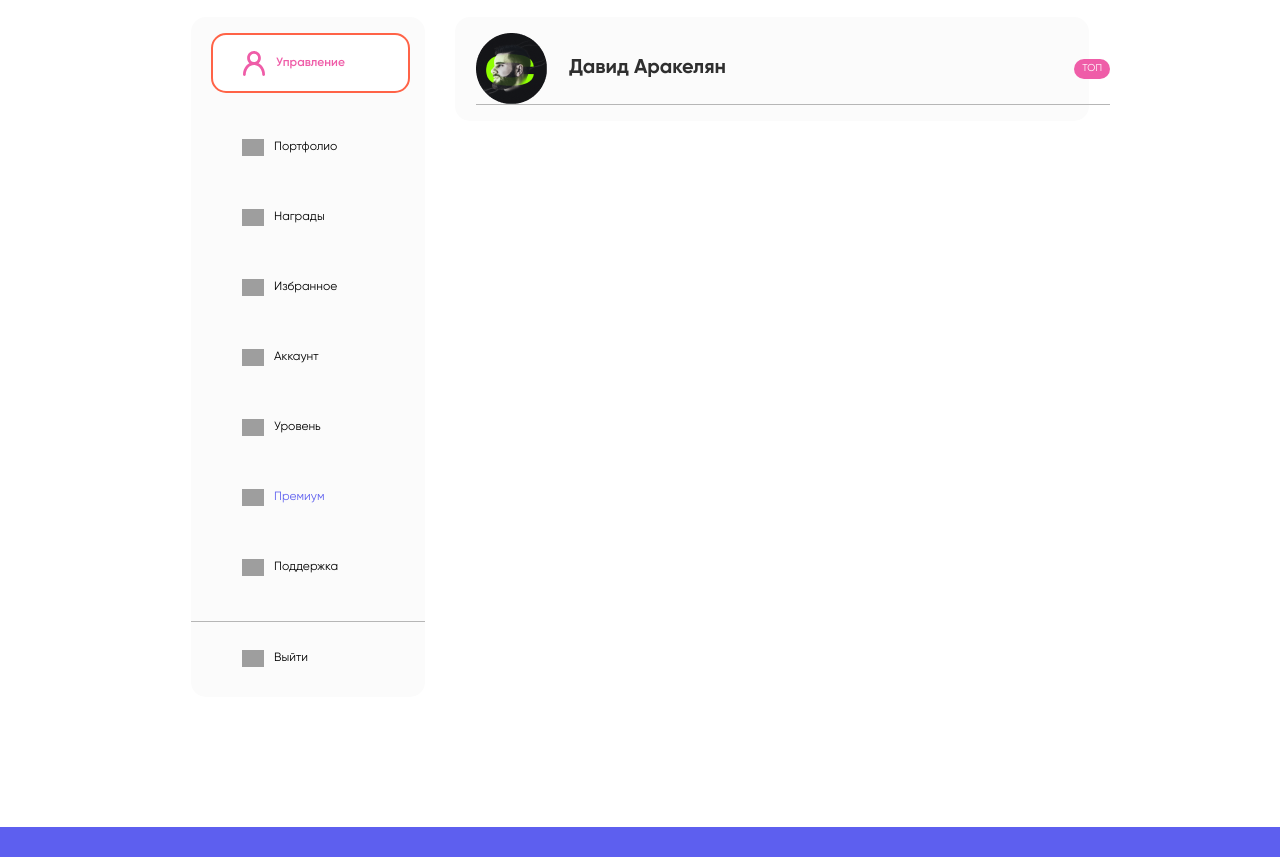
Repository: alexboagreek/selfmade
Page: index.html
These files come from the project's save history. The page is drawn as it stood at one moment and after the next save; the edit follows.
The browser window is 1280 px wide. The pictures show the part of the page from y = 353 to 1210 px (the page is 1719 px tall).
Pictures or frames that could not be fetched are drawn as grey boxes. A picture or video elsewhere on the page could not be fetched, so the positions and the page height are approximate.

Above is the page before, as saved 2022-12-13 12:39:14.

### index.html
<!DOCTYPE html>
<html lang="ru">
<head>
    <meta charset="UTF-8">
    <meta http-equiv="X-UA-Compatible" content="IE=edge">
    <meta name="viewport" content="width=device-width, initial-scale=1.0">
    <link rel="stylesheet" href="css/style.css">
    <link rel="icon" type="image/png" sizes="64x64" href="assets/icons/favicon.png">
    <link rel="icon" type="image/png" sizes="48x48" href="assets/icons/favicon_48.png">
    <title>Selfmade</title>
</head>
<body>
    <header class="header">
        <div class="header__container">
            <h1 class="visually-hidden">Selfmade...</h1>
            <div class="header__box">
                <div class="header__logo">
                    <a href="/"><img src="./assets/icons/header_logo.svg" alt="Логотип Selfmade"></a>
                </div>
                <div class="header__login">
                    <div class="header__alarm">
                        <img class="header__alarm_icon" src="assets/icons/bell.svg" alt="authorization bell">
                    </div>
                    <p class="user__name">Аракелян Д.</p>
                    <div class="user__login">
                        <img src="assets/icons/user_icon.svg" alt="user icon">
                    </div>
                </div>

            </div>

        </div>
    </header>

    <main class="main main__container">
        <div class="sidebar">
            <ul class="menu__list">
                <li class="menu__list_item menu__list_item_fix">
                    <button class="menu__list_button menu__button_control control__text">Управление</button>
                </li>
                <li class="menu__list_item list_item_fix">
                    <button class="menu__list_button menu__button_portfolio">Портфолио</button>
                </li>
                <li class="menu__list_item list_item_fix">
                    <button class="menu__list_button menu__button_star">Награды</button>
                </li>
                <li class="menu__list_item list_item_fix">
                    <button class="menu__list_button menu__button_like">Избранное</button>
                </li>
                <li class="menu__list_item list_item_fix">
                    <button class="menu__list_button menu__button_settings">Аккаунт</button>
                </li>
                <li class="menu__list_item list_item_fix">
                    <button class="menu__list_button menu__button_level">Уровень</button>
                </li>
                <li class="menu__list_item list_item_fix">
                    <button class="menu__list_button menu__button_premium menu__button_active">Премиум</button>
                </li>
                <li class="menu__list_item item__border list_item_fix">
                    <button class="menu__list_button menu__button_helper">Поддержка</button>
                </li>
                <li class="menu__list_item list_item_fix menu__line">
                    <button class="menu__list_button menu__button_exit">Выйти</button>
                </li>
            </ul>
        </div>
        <div class="content">
            <section class="interface">
                <div class="interface__box">
                    <div class="interface__box_header interface__line">
                        <div class="user__info">
                            <img src="assets/img/interface.png" alt="Логотип интерфейса юзера | user interface logo" class="interface__img">
                            <p class="interface__text">Давид Аракелян</p>
                        </div>
                        <div class="interface__rating">Топ</div>
                    </div>
                </div>
            </section>
        </div>
    </main>

  <footer class="footer">
    <div class="footer__container">
        <div class="footer__box">
            <img src="./assets/icons/footer_logo.svg" alt="Логотип Selfmade">
            <div class="footer__social">
                <ul class="footer__social_list">
                    <li class="footer__social_list_item">
                        <svg width="15" height="14" viewbox="0 0 15 14" fill="none" xmlns="http://www.w3.org/2000/svg">
                            <path d="M0.911243 6.87875L4.18677 8.10128L5.45459 12.1786C5.53572 12.4397 5.85504 12.5363 6.067 12.363L7.89283 10.8745C8.08421 10.7186 8.35682 10.7108 8.55683 10.856L11.85 13.2469C12.0767 13.4117 12.3979 13.2875 12.4548 13.0135L14.8672 1.40935C14.9293 1.11007 14.6352 0.860402 14.3502 0.970619L0.907405 6.15646C0.575664 6.2844 0.578554 6.75408 0.911243 6.87875ZM5.25027 7.4505L11.6519 3.50775C11.7669 3.43709 11.8853 3.59266 11.7865 3.6843L6.50332 8.59526C6.31761 8.76813 6.19783 8.99946 6.1639 9.25055L5.98393 10.5842C5.9601 10.7623 5.70995 10.78 5.66081 10.6077L4.96866 8.17563C4.88939 7.89823 5.00491 7.60194 5.25027 7.4505Z" fill="#5D5FEF"/>
                        </svg>
                    </li>
                    <li class="footer__social_list_item">
                        <svg width="15" height="15" viewbox="0 0 15 15" fill="none" xmlns="http://www.w3.org/2000/svg">
                            <path fill-rule="evenodd" clip-rule="evenodd" d="M4.90509 0.6828C2.54568 0.6828 0.632996 2.59548 0.632996 4.9549V10.295C0.632996 12.6544 2.54568 14.5671 4.90509 14.5671H10.2452C12.6046 14.5671 14.5173 12.6544 14.5173 10.295V4.9549C14.5173 2.59548 12.6046 0.6828 10.2452 0.6828H4.90509ZM7.57515 3.88687C5.51067 3.88687 3.83707 5.56047 3.83707 7.62496C3.83707 9.68944 5.51067 11.363 7.57515 11.363C9.63964 11.363 11.3132 9.68944 11.3132 7.62496C11.3132 5.56047 9.63964 3.88687 7.57515 3.88687ZM11.5421 4.64975C12.0898 4.64975 12.5338 4.20573 12.5338 3.65801C12.5338 3.11029 12.0898 2.66627 11.5421 2.66627C10.9944 2.66627 10.5504 3.11029 10.5504 3.65801C10.5504 4.20573 10.9944 4.64975 11.5421 4.64975Z" fill="#5D5FEF"/>
                        </svg>
                    </li>
                    <li class="footer__social_list_item">
                        <svg width="16" height="9" viewbox="0 0 16 9" fill="none" xmlns="http://www.w3.org/2000/svg">
                            <path d="M12.9479 4.91454C12.7006 4.61918 12.7714 4.48778 12.9479 4.22376C12.9511 4.22075 14.9925 1.55289 15.2028 0.648132L15.2041 0.647529C15.3086 0.317814 15.2041 0.0755005 14.6987 0.0755005H13.0263C12.6006 0.0755005 12.4043 0.283456 12.2991 0.516125C12.2991 0.516125 11.4477 2.44378 10.2431 3.69332C9.85434 4.05438 9.67462 4.17012 9.46239 4.17012C9.35787 4.17012 9.19535 4.05438 9.19535 3.72467V0.647529C9.19535 0.252112 9.07617 0.0755005 8.72373 0.0755005H6.09412C5.82709 0.0755005 5.66839 0.259948 5.66839 0.431737C5.66839 0.80666 6.27066 0.892856 6.33312 1.9477V4.23642C6.33312 4.73792 6.23689 4.83015 6.02338 4.83015C5.45489 4.83015 4.07508 2.89465 3.25739 0.679476C3.09232 0.249701 2.93108 0.0761032 2.50216 0.0761032H0.829178C0.351821 0.0761032 0.255585 0.284059 0.255585 0.516728C0.255585 0.927817 0.824079 2.97181 2.89921 5.67222C4.28221 7.51549 6.22988 8.51428 8.00164 8.51428C9.06661 8.51428 9.19663 8.29246 9.19663 7.91091C9.19663 6.14961 9.10039 5.98325 9.63383 5.98325C9.88111 5.98325 10.3068 6.09898 11.3011 6.98806C12.4374 8.04231 12.6242 8.51428 13.2602 8.51428H14.9326C15.4093 8.51428 15.6508 8.29246 15.5119 7.85485C15.1939 6.93442 13.0448 5.04112 12.9479 4.91454V4.91454Z" fill="#5D5FEF"/>
                        </svg>
                    </li>
                    <li class="footer__social_list_item">
                        <svg width="7" height="14" viewbox="0 0 7 14" fill="none" xmlns="http://www.w3.org/2000/svg">
                            <path d="M5.1126 2.93661H6.8285V0.446777H4.81141V0.455757C2.36736 0.540786 1.86645 1.89031 1.8223 3.30771H1.81727V4.55101H0.153015V6.9893H1.81727V13.5253H4.3254V6.9893H6.37996L6.77685 4.55101H4.32622V3.79984C4.32622 3.32082 4.65072 2.93661 5.1126 2.93661Z" fill="#5D5FEF"/>
                        </svg>
                    </li>
                </ul>
            </div>
        </div>
        <div class="footer__services">
            <ul class="services__list">
                <li class="services__list_item">Как работает сервис?</li>
                <li class="services__list_item">Советы от SELFMADE</li>
                <li class="services__list_item">Пользовательское соглашение</li>
                <li class="services__list_item">Почему SELFMADE</li>
                <li class="services__list_item">Помощь и поддержка</li>
            </ul>
        </div>
    </div>
    <div class="footer__copyright">
        <ul class="footer__copyright_list">
            <li class="footer__copyright_list_item footer__copy_text">© SELFMADE.TEAM 2022</li>
            <li class="footer__copyright_list_item footer__copy_text-info">ИНН 431207720494 / ОГРНИП 320508100324371</li>
            <li class="footer__copyright_list_item">
                <a class="footer__copyright_link" href="#">Политика конфиденциальности</a>
            </li>
        </ul>
    </div>

  </footer>
</body>
</html>

### css/style.css
@import 'normalize.css';
@import 'fonts.css';
@import 'default.css';
@import 'header.css';
@import 'sidebar.css';
@import 'interface.css';
@import 'footer.css';

### css/fonts.css
@font-face {
    font-family: Gilroy;
    src: url(../assets/fonts/Gilroy-Regular.woff2) format('woff2'),
    url(../assets/fonts/Gilroy-Regular.woff) format('woff');
    font-weight: 400;
}

@font-face {
    font-family: Gilroy;
    src: url(../assets/fonts/Gilroy-Semibold.woff2) format('woff2'),
    url(../assets/fonts/Gilroy-Semibold.woff) format('woff');
    font-weight: 500;
}

@font-face {
    font-family: Gilroy;
    src: url(../assets/fonts/Gilroy-Bold.woff2) format('woff2'),
    url(../assets/fonts/Gilroy-Bold.woff) format('woff');
    font-weight: 600;
}

### css/default.css
:root {
    --color-control-text:#EF5DA8;
    --color-menu: #F0F0F0;
    --color-menu-active: #5D5FEF;
    --color-alarm: #EF5DA8;
    --color-main: #FBFBFB;
    --footer-color-main: #5D5FEF;
    --footer-color-copyright: #5556D3;
    --footer-social-color: #FFFFFF;
    --footer-copyright-link: #B6B6B6;
}

html {
  overflow-x: hidden;
  position: relative;
  box-sizing: border-box;
}

*,
*::before,
*::after {
  box-sizing: inherit;
}

body {
  display: flex;
  flex-direction: column;
  min-width: 320px;
  height: 100%;
  font-family: Gilroy, sans-serif;
  background-color: #FFFFFF;
  font-size: 16px;
  overflow-x: hidden;
  position: relative;
}

img,
svg {
  max-width: 100%;
  max-height: 100%;
  height: auto;
}

button {
  padding: 0;
  cursor: pointer;
  border: none;
  background-color: transparent;
}

a {
  text-decoration: none;
  color: inherit;
}

ul {
  list-style: none;
  padding: 0;
  margin: 0;
}

h1,
h2,
h3,
p,
figure,
fieldset {
  margin: 0;
}

iframe {
  border: none;
}

fieldset {
  padding: 0;
  border: 0;
}

.visually-hidden {
  position: fixed;
  transform: scale(0);
}

.container {
    max-width: 1400px;
    padding: 0 100px;
    margin: 0 auto;
}

### css/header.css
.header {
    padding-top: 28px;
    padding-bottom: 37px;
    flex: 0 0 auto;
    background-color: #FFFFFF;
}

.header__box {
    display: flex;
    justify-content: space-between;
    align-items: center;
}

.header__container {
    max-width: 1500px;
    margin: 0 auto;
    padding: 0 100px;
}

.header__alarm {
    position: relative;
    margin-right: 11px;
}

.header__alarm::after {
    position: absolute;
    top: 0;
    content: '';
    width: 5px;
    height: 5px;
    background-color: var(--color-alarm);
    border-radius: 50%;
}
.user__name {
    margin-right: 6px;
}

.header__login {
    display: flex;
    align-items: center;
}

.user__login {
    cursor: pointer;
}

.services__list_item {
    cursor: pointer;
}

### css/sidebar.css
.main {
    display: flex;
}

.main__container {
    max-width: 1200px;
    margin: 0 auto;
}

.sidebar {
    display: flex;
    justify-content: center;
    width: 234px;
    border-radius: 15px;
    background-color: var(--color-main);
    margin-bottom: 130px;
    margin-right: 30px;
}

.menu__list_button {
    font-size: 12px;
    line-height: 16px;
    padding: 7px 8px 7px 40px;
    background-size: 22px;
    background-position: 8px center;
    background-repeat: no-repeat;
    border-radius: 50px;
    border: 1px solid transparent;
    white-space: nowrap;
    outline: none;
    margin-bottom: 38px;
}

.menu__list_item_fix {
    display: flex;
    padding-left: 20px;
    align-items: flex-start;
}

.menu__button_active {
    color: var(--color-menu-active);
}

.menu__button_control {
    width: 199px;
    margin-top: 16px;
    border-radius: 15px;
    border: 2px solid tomato;
    padding: 20px;
    background-color: #FFFFFF;
    background-image: url('../assets/icons/user__icon.svg');
    background-position: calc(30px);
}

.control__text {
    font-weight: 500;
    color: var(--color-control-text);
}

.menu__button_portfolio {
    background-image: url('../assets/icons/portfolio_icon.svg');
}
.menu__button_star {
    background-image: url('../assets/icons/star_icon.svg');
}

.menu__button_like {
    background-image: url('../assets/icons/like_icon.svg');
}
.menu__button_settings {
    background-image: url('../assets/icons/settings_icon.svg');
}
.menu__button_level {
    background-image: url('../assets/icons/level_icon.svg');
}
.menu__button_premium {
    background-image: url('../assets/icons/premium_icon.svg');
}

.menu__button_helper {
    background-image: url('../assets/icons/helper_icon.svg');
}

.menu__line {
    width: 234px;
    border-top: 1px solid var(--footer-copyright-link);
}
.menu__button_exit {
    background-image: url('../assets/icons/exit_icon.svg');
    margin-top: 20px;
    margin-bottom: 23px;
}

.list_item_fix {
    padding-left: 42px;
}

### css/interface.css
.interface__box {
    border-radius: 15px;
    padding: 16px 21px;
    width: 634px;
    background-color: var(--color-main);
}
.interface__box_header {
    display: flex;
    justify-content: space-between;
    align-items: center;
    border-bottom: 1px solid tomato;
}
.user__info {
    display: flex;
    align-items: center;
}

.interface__text {
    font-weight: 700;
    font-size: 20px;
    margin-left: 22px;
    line-height: 1.06;
    color: #2F2F2F;
}

.interface__rating {
    padding: 4px 8px;
    border-radius: 47px;
    color: #FFFFFF;
    background-color: var( --color-control-text);
    font-size: 10px;
    text-transform: uppercase;
}

.interface__line {
    width: 634px;
    border-bottom: 1px solid var(--footer-copyright-link);
}

### css/footer.css
.footer {
    flex: 0 0 auto;
}

.footer__container {
    padding: 50px 140px 0px 140px;
    background-color: var(--footer-color-main);
}

.footer__box {
    display: flex;
    justify-content: space-between;
    background-color: var(--footer-color-main);
    margin-bottom: 50px;
}

.footer__social_list_item {
    display: flex;
    align-items: center;
    justify-content: center;
    width: 29px;
    height: 29px;
    background-color: var(--footer-social-color);
    border-radius: 50%;
    margin-right: 19px;
    cursor: pointer;
}

.footer__social_list_item:last-child {
    margin-right: 0;
}

.footer__social_list {
    display: flex;
}

.footer__services {
    padding-bottom: 41px;
}

.services__list {
    display: flex;
    justify-content: space-between;
}
.services__list_item {
    font-size: 16px;
    font-weight: 500;
    color: var(--footer-social-color);
}

.footer__copyright {
    padding: 30px 140px;
    border-top: 1px solid #FFFFFF;
    background-color: var(--footer-color-copyright);
}

.footer__copyright_list {
    display: flex;
    justify-content: space-between;
}

.footer__copy_text {
    font-weight: 500;
    line-height: 16px;
    color: var(--footer-social-color);
}

.footer__copy_text-info {
    font-weight: 400;
    color: var(--footer-social-color);
}
.footer__copyright_link {
    color: var(--footer-copyright-link);
}

Loaded but not shown: css/normalize.css (library)

After the next save:
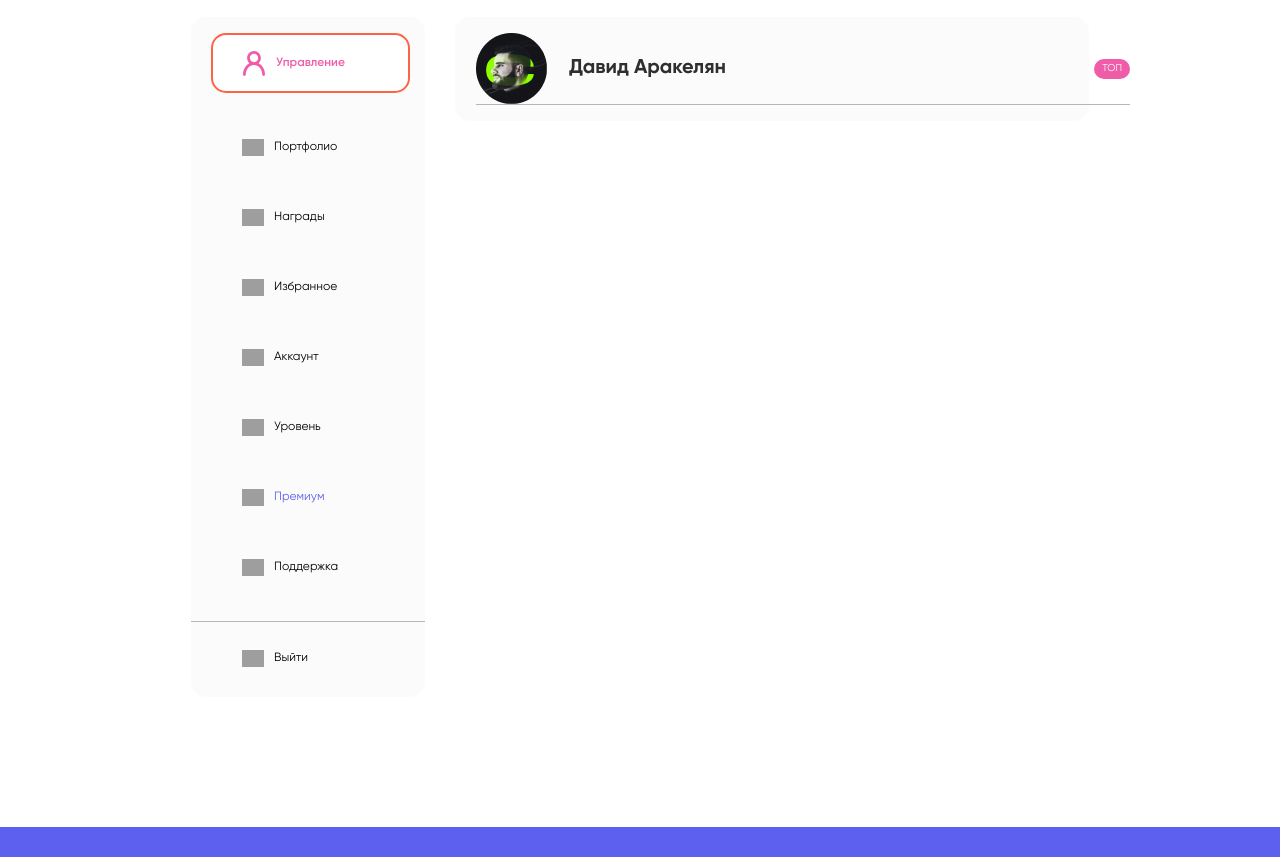
Saved 11 s later.
--- a/css/interface.css
+++ b/css/interface.css
@@ -33,6 +33,6 @@
 }
 
 .interface__line {
-    width: 634px;
+    width: 654px;
     border-bottom: 1px solid var(--footer-copyright-link);
 }
